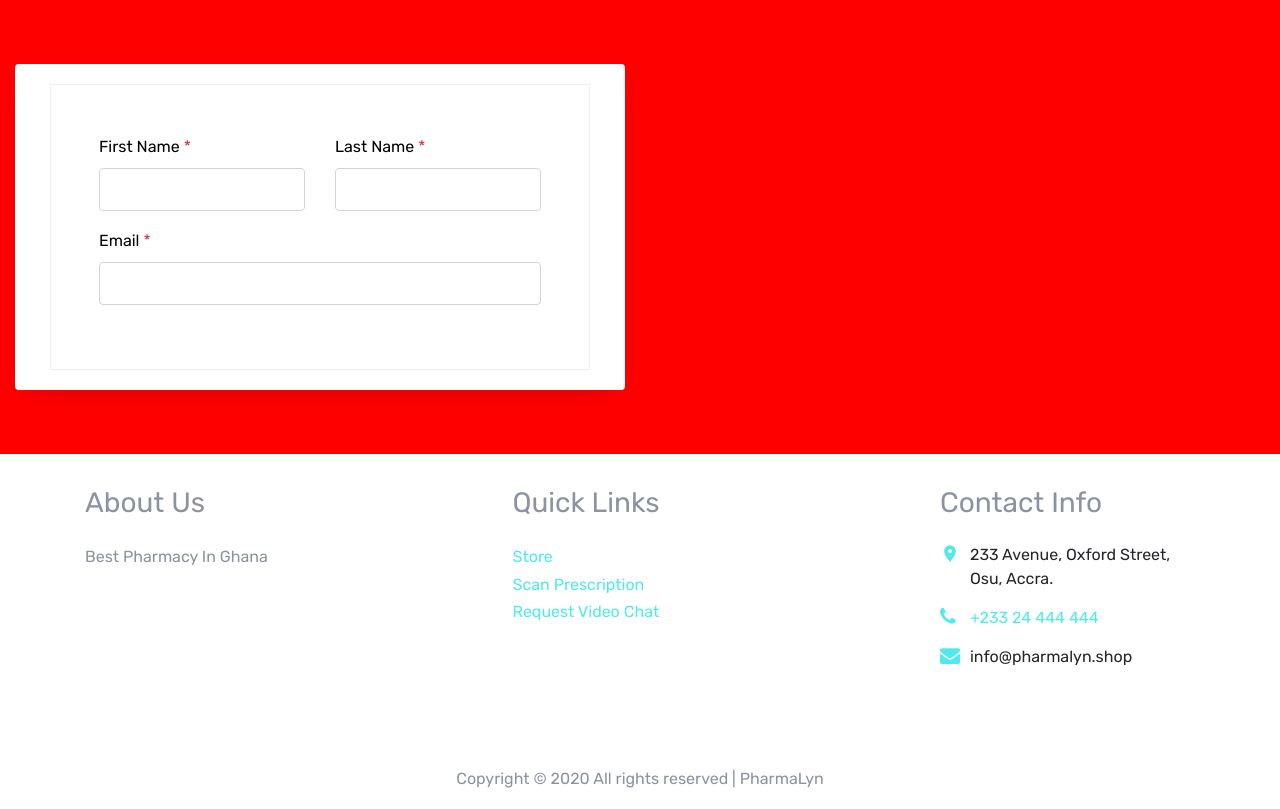
Repository: Nat-A/finalyearproject
Page: pharma/index - Copy.html
The author's editor kept a copy of each file at every save. The page is drawn from the files as they stood at one save, then again after a run of saves.
The browser window is 1280 px wide. The pictures show the part of the page from y = 802 to 1611 px (the page is 1611 px tall).

Above is the page before, as saved 2020-06-03 12:57:05.

### pharma/index - Copy.html
<!DOCTYPE html>
<html lang="en">

<head>
    <title>PharmaLyn &mdash; HomePage</title>
    <meta charset="utf-8">
    <meta name="viewport" content="width=device-width, initial-scale=1, shrink-to-fit=no">

    <link href="https://fonts.googleapis.com/css?family=Rubik:400,700|Crimson+Text:400,400i" rel="stylesheet">
    <link rel="stylesheet" href="fonts/icomoon/style.css">

    <link rel="stylesheet" href="css/bootstrap.min.css">
    <link rel="stylesheet" href="css/magnific-popup.css">
    <link rel="stylesheet" href="css/jquery-ui.css">
    <link rel="stylesheet" href="css/owl.carousel.min.css">
    <link rel="stylesheet" href="css/owl.theme.default.min.css">


    <link rel="stylesheet" href="css/aos.css">

    <link rel="stylesheet" href="css/style.css">

</head>

<body>

    <div class="site-wrap">

        <!-- navbar  -->
        <div class="site-navbar py-2">

            <div class="search-wrap">
                <div class="container">
                    <a href="#" class="search-close js-search-close"><span class="icon-close2"></span></a>
                    <!-- search feature -->
                    <form action="#" method="post">
                        <input type="text" class="form-control" placeholder="Search drug...">
                    </form>
                </div>
            </div>

            <div class="container">
                <div class="d-flex align-items-center justify-content-between">
                    <div class="logo">
                        <div class="site-logo">
                            <a href="index.html" class="js-logo-clone">PharmaLyn</a>
                        </div>
                    </div>
                    <div class="main-nav d-none d-lg-block">
                        <nav class="site-navigation text-right text-md-center" role="navigation">
                            <ul class="site-menu js-clone-nav d-none d-lg-block">
                                <li class="active"><a href="index.html">Home</a></li>

                                <li class="has-children">
                                    <a href="#">Services</a>
                                    <ul class="dropdown">
                                        <li><a href="shop.html">Store</a></li>
                                        <li><a href="#">Scan Prescription</a></li>
                                        <li><a href="#">Request Video Chat</a></li>
                                    </ul>
                                </li>
                                <li><a href="contact.html">Contact</a></li>
                                <li><a href="about.html">About</a></li>
                                <li><a href="#">Log In / Sign Up  </a></li>
                                <!-- insert modal here -->
                            </ul>
                        </nav>
                    </div>
                    <div class="icons">
                        <a href="#" class="icons-btn d-inline-block js-search-open"><span class="icon-search"></span></a>
                        <a href="cart.html" class="icons-btn d-inline-block bag">
                            <span class="icon-shopping-bag"></span>
                            <!-- subject to the items in the cart -->
                            <span class="number">2</span>
                        </a>
                        <a href="#" class="site-menu-toggle js-menu-toggle ml-3 d-inline-block d-lg-none"><span
                class="icon-menu"></span></a>
                    </div>
                </div>
            </div>
        </div>
        <!-- end of navbar -->


        <!-- site banner -->
        <div class="site-blocks-cover" style="background-image: url('images/pills.jpg');">
            <div class="container">
                <div class="row">
                    <div class="col-lg-7 mx-auto order-lg-2 align-self-center">
                        <div class="site-block-cover-content text-center">
                            <h2 class="sub-title">PharmaLyn, We Care For You</h2>
                            <h1>Welcome To PharmaLyn</h1>
                            <p>
                                <a href="shop.html" class="btn btn-primary px-5 py-3">Shop Now</a>
                            </p>
                        </div>
                    </div>
                </div>
            </div>
        </div>
        <!-- end of banner -->


        <!-- brands -->
        <div class="jumbotron jumbotron-fluid" style="background: red">

            <div class="col-lg-6 mb-5 mb-lg-0">
                <a class="banner-1 h-100" style="background: #fff; ">
                    <div class=" align-self-center ">

                        <div class="col-md-12">

                            <form action="#" method="GET">

                                <div class="p-3 p-lg-5 border">
                                    <div class="form-group row">
                                        <div class="col-md-6">
                                            <label for="c_fname" class="text-black">First Name <span class="text-danger">*</span></label>
                                            <input type="text" class="form-control" id="c_fname" name="c_fname">
                                        </div>
                                        <div class="col-md-6">
                                            <label for="c_lname" class="text-black">Last Name <span class="text-danger">*</span></label>
                                            <input type="text" class="form-control" id="c_lname" name="c_lname">
                                        </div>
                                    </div>
                                    <div class="form-group row">
                                        <div class="col-md-12">
                                            <label for="c_email" class="text-black">Email <span class="text-danger">*</span></label>
                                            <input type="email" class="form-control" id="c_email" name="c_email" placeholder="">
                                        </div>
                                    </div>




                                </div>
                            </form>
                        </div>
                    </div>
                </a>
            </div>








        </div>
    </div>
    <div class="container ">
        <div class="row ">
            <div class="col-md-6 col-lg-3 mb-4 mb-lg-0 ">

                <div class="block-7 ">
                    <h3 class="footer-heading mb-4 ">About Us</h3>
                    <p>Best Pharmacy In Ghana</p>
                </div>

            </div>
            <div class="col-lg-3 mx-auto mb-5 mb-lg-0 ">
                <h3 class="footer-heading mb-4 ">Quick Links</h3>
                <ul class="list-unstyled ">
                    <li><a href="shop.html ">Store</a></li>
                    <li><a href="# ">Scan Prescription</a></li>
                    <li><a href="# ">Request Video Chat</a></li>
                </ul>
            </div>

            <div class="col-md-6 col-lg-3 ">
                <div class="block-5 mb-5 ">
                    <h3 class="footer-heading mb-4 ">Contact Info</h3>
                    <ul class="list-unstyled ">
                        <li class="address ">233 Avenue, Oxford Street, Osu, Accra. </li>
                        <li class="phone "><a href="tel:// ">+233 24 444 444</a></li>
                        <li class="email ">info@pharmalyn.shop</li>
                    </ul>
                </div>
            </div>
        </div>
        <div class="row pt-5 text-center ">
            <div class="col-md-12 ">
                <p>
                    Copyright &copy;
                    <script>
                        document.write(new Date().getFullYear());
                    </script> All rights reserved | PharmaLyn
                </p>
            </div>
        </div>
    </div>
    </footer>
    <!-- end of footer -->
    </div>

    <script src="js/jquery-3.3.1.min.js "></script>
    <script src="js/jquery-ui.js "></script>
    <script src="js/popper.min.js "></script>
    <script src="js/bootstrap.min.js "></script>
    <script src="js/owl.carousel.min.js "></script>
    <script src="js/jquery.magnific-popup.min.js "></script>
    <script src="js/aos.js "></script>

    <script src="js/main.js "></script>

</body>

</html>

Loaded but not shown: pharma/fonts/icomoon/style.css (common file); pharma/css/bootstrap.min.css (library); pharma/css/magnific-popup.css (library); pharma/css/jquery-ui.css (library); pharma/css/owl.carousel.min.css (common file); pharma/css/owl.theme.default.min.css (common file); pharma/css/aos.css (library); pharma/js/jquery-3.3.1.min.js (library); pharma/js/jquery-ui.js (library); pharma/js/popper.min.js (library); pharma/js/bootstrap.min.js (library); pharma/js/owl.carousel.min.js (library); pharma/js/jquery.magnific-popup.min.js (library); pharma/js/aos.js (library); pharma/js/main.js (219 lines, source omitted); pharma/css/style.css (1125 lines, source omitted)

After the next 2 saves:
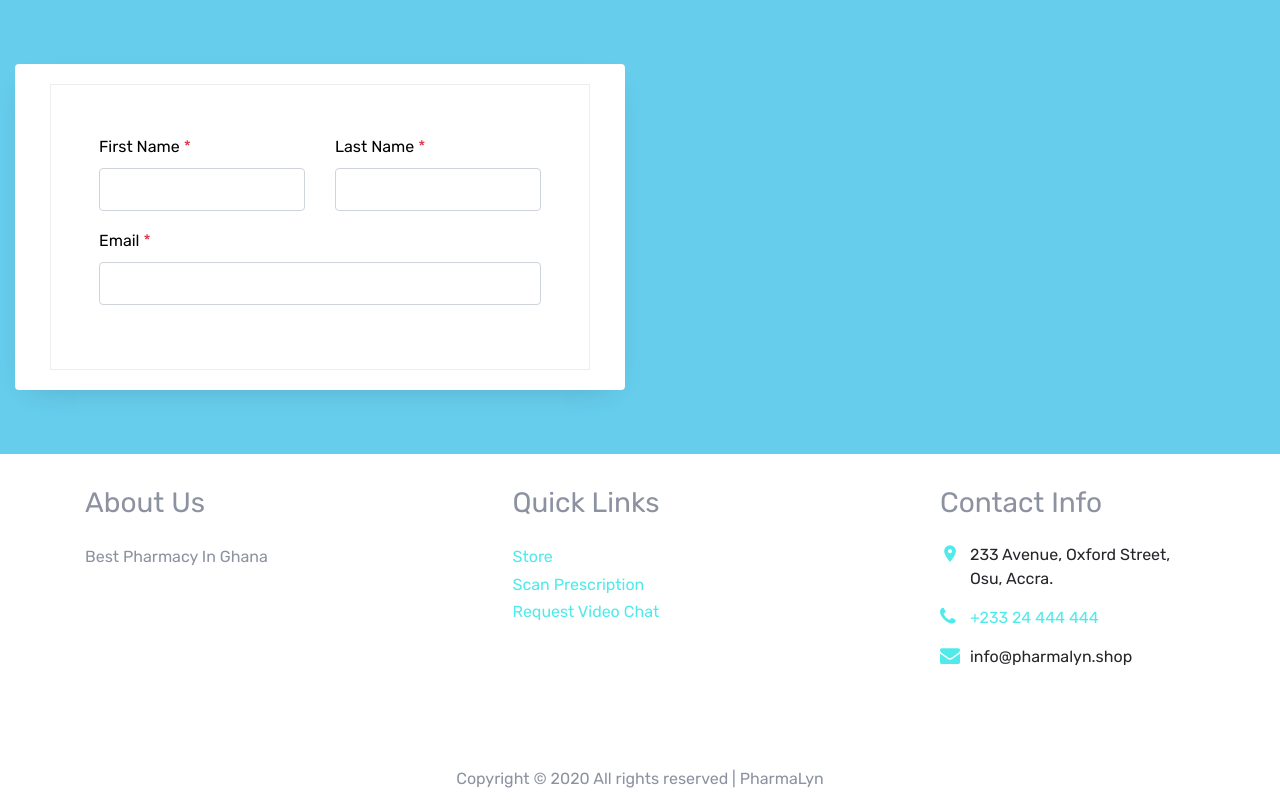
The 2 saves are shown as one change because they came seconds apart.
The last was saved 18 s later.
--- a/pharma/index - Copy.html
+++ b/pharma/index - Copy.html
@@ -102,7 +102,7 @@
 
 
         <!-- brands -->
-        <div class="jumbotron jumbotron-fluid" style="background: red">
+        <div class="jumbotron jumbotron-fluid" style="background: rgb(102, 205, 236)">
 
             <div class="col-lg-6 mb-5 mb-lg-0">
                 <a class="banner-1 h-100" style="background: #fff; ">
